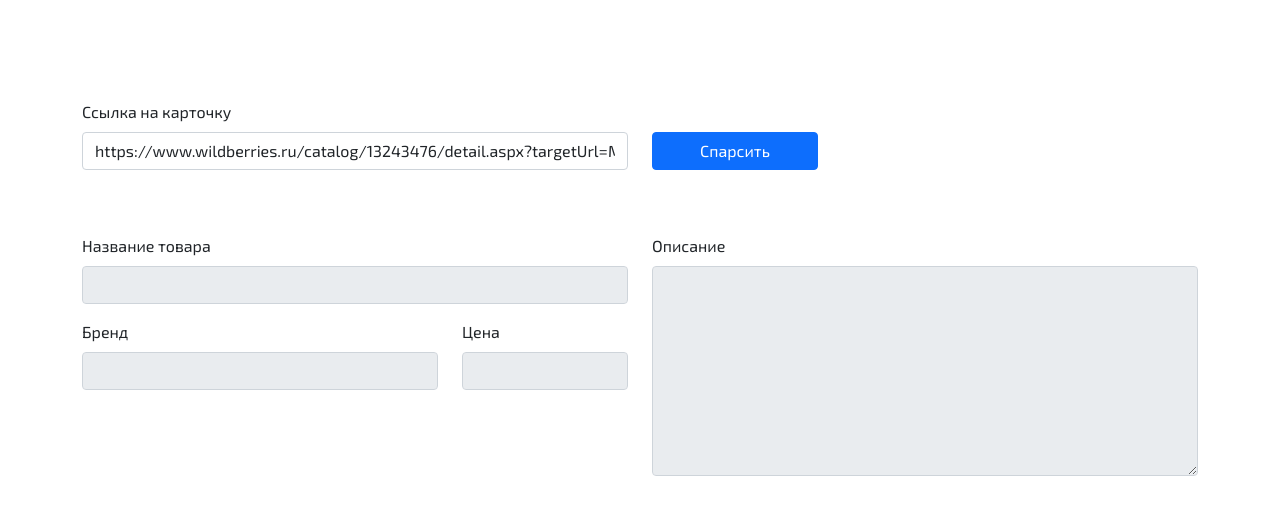
Repository: yozuul/wildberries-product-card-parser-api-exchange
Page: public/panel.html
These files come from the project's save history. The page is drawn as it stood at one moment and after the next save; the edit follows.
The browser window is 1280 px wide. The pictures show the whole page.

Above is the page before, as saved 2021-08-20 06:44:17.

After the next save:
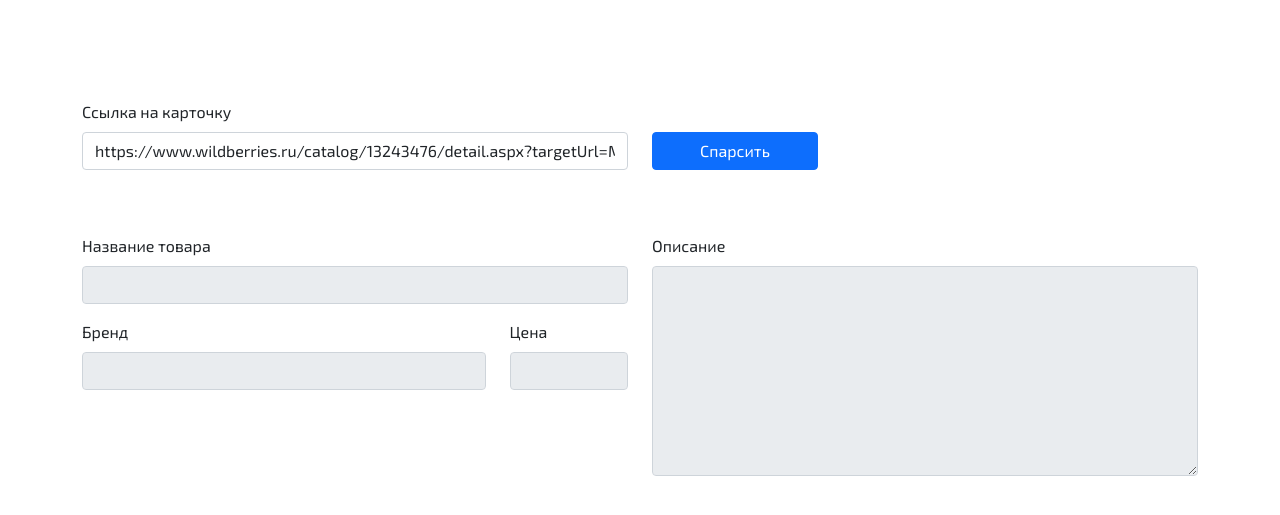
Saved 9 s later.
--- a/public/panel.html
+++ b/public/panel.html
@@ -61,12 +61,12 @@
             </div>
 
             <div class="row mb-3">
-               <div  class="col-8">
+               <div  class="col-9">
                   <label for="productBrand" class="form-label">Бренд</label>
                   <input type="text" class="form-control" id="productBrand" readonly>
                    </select>
                </div>
-               <div class="col-4">
+               <div class="col-3">
                   <label for="productTnved" class="form-label">Цена</label>
                   <input type="text" class="form-control" id="productPrice" readonly>
                    </select>
